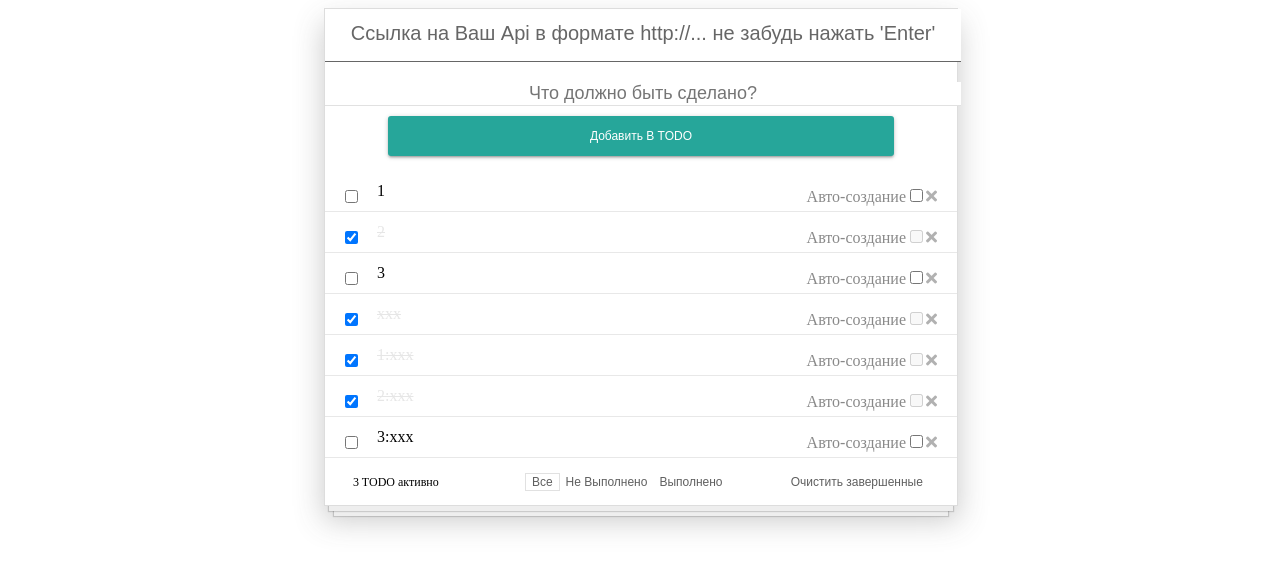
Repository: AntonBrock/taskTodo_for-backend
Page: /
These files come from the project's save history. The page is drawn as it stood at one moment and after the next save; the edit follows.
The browser window is 1280 px wide. The pictures show the whole page.
The page's requests for data from a server got no answer. Some web libraries are served in a nearby version. The project was rebuilt for these pictures with package versions that can differ from the ones it lists, and the page was loaded fresh each time. No one was signed in, and anything a server would have sent is missing.

Above is the page before, as saved 2019-04-24 09:01:57.

After the next save:
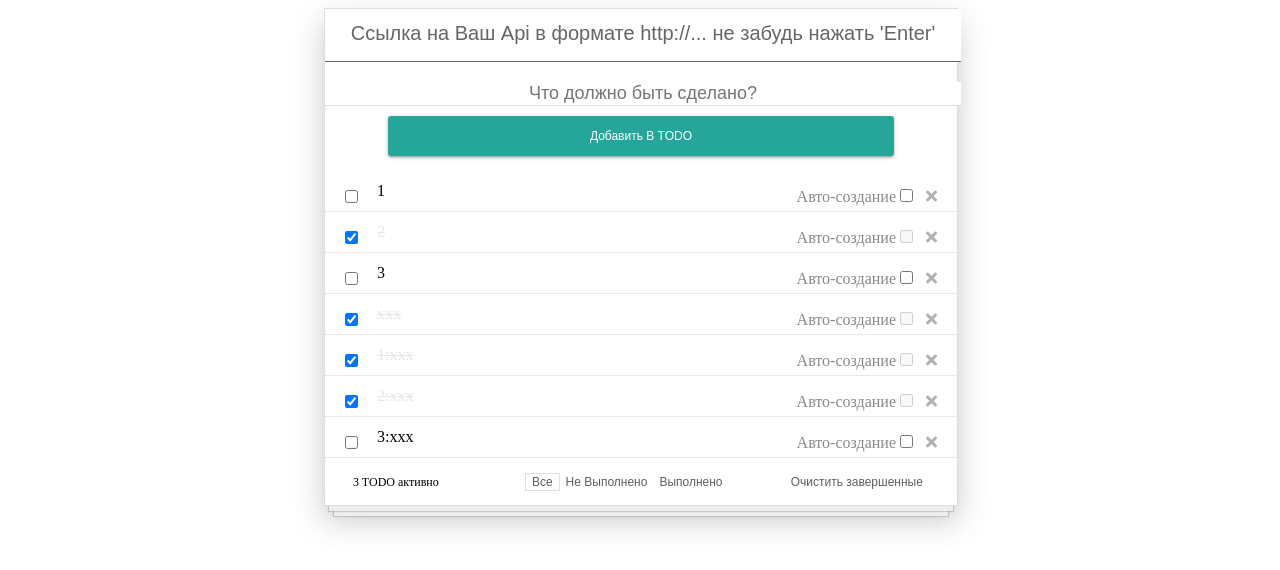
Saved 2 min 53 s later.
--- a/src/views/todolist/Index.vue
+++ b/src/views/todolist/Index.vue
@@ -181,6 +181,7 @@ export default {
     margin-right 20px
 
   .remove
+    margin-left: 10px
     opacity .3
     transition all 0.2s ease-in-out !important
     &:hover
